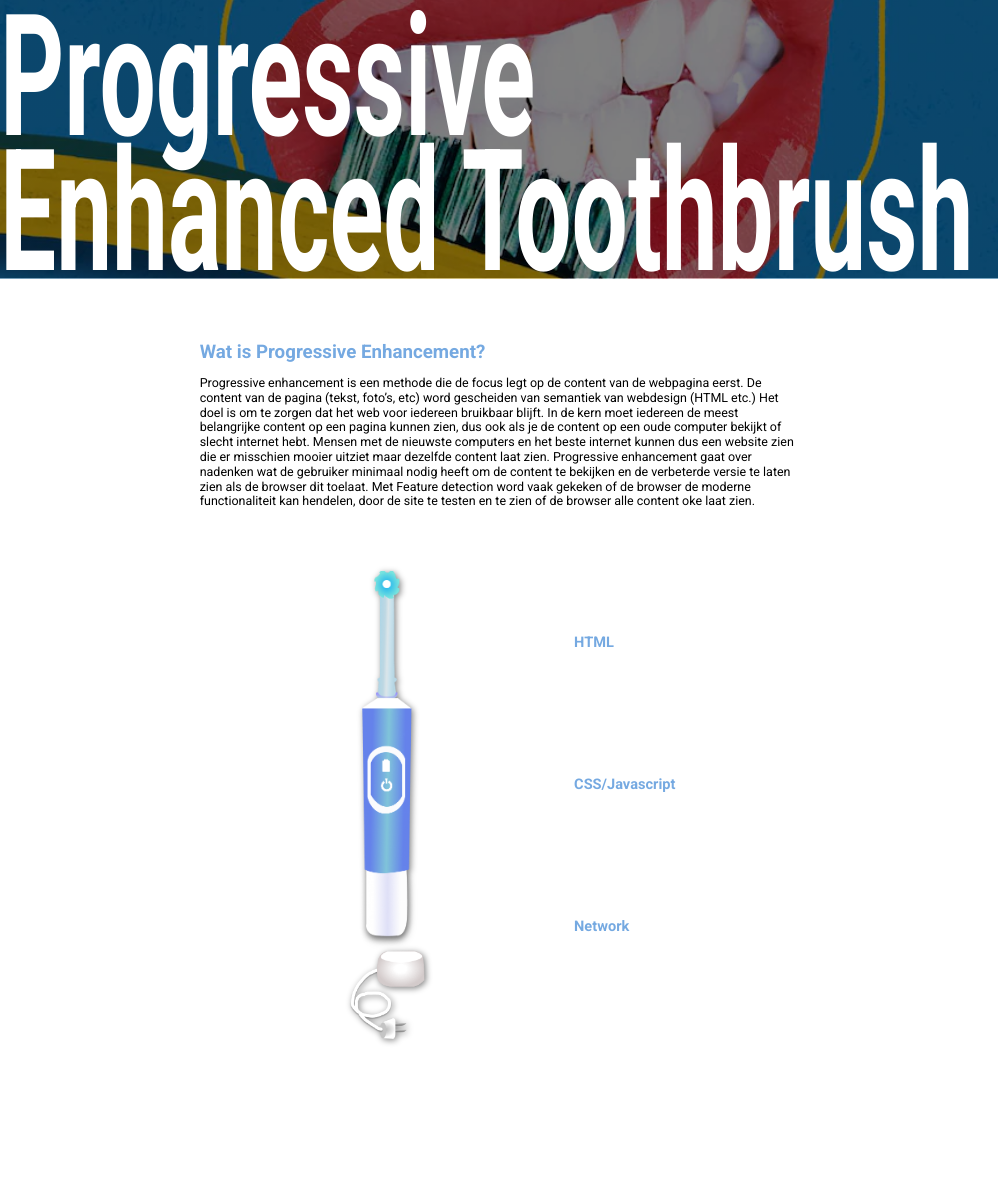
Repository: norakramer1/browser-technologies-2122
Page: progressive-enhanced-toothbrush-main/index.html
The author's editor kept a copy of each file at every save. The page is drawn from the files as they stood at one save, then again after the next save.
The browser window is 1280 px wide. The pictures show the whole page, at 78% of full size.

Above is the page before, as saved 2022-03-23 13:30:05.

After the next save:
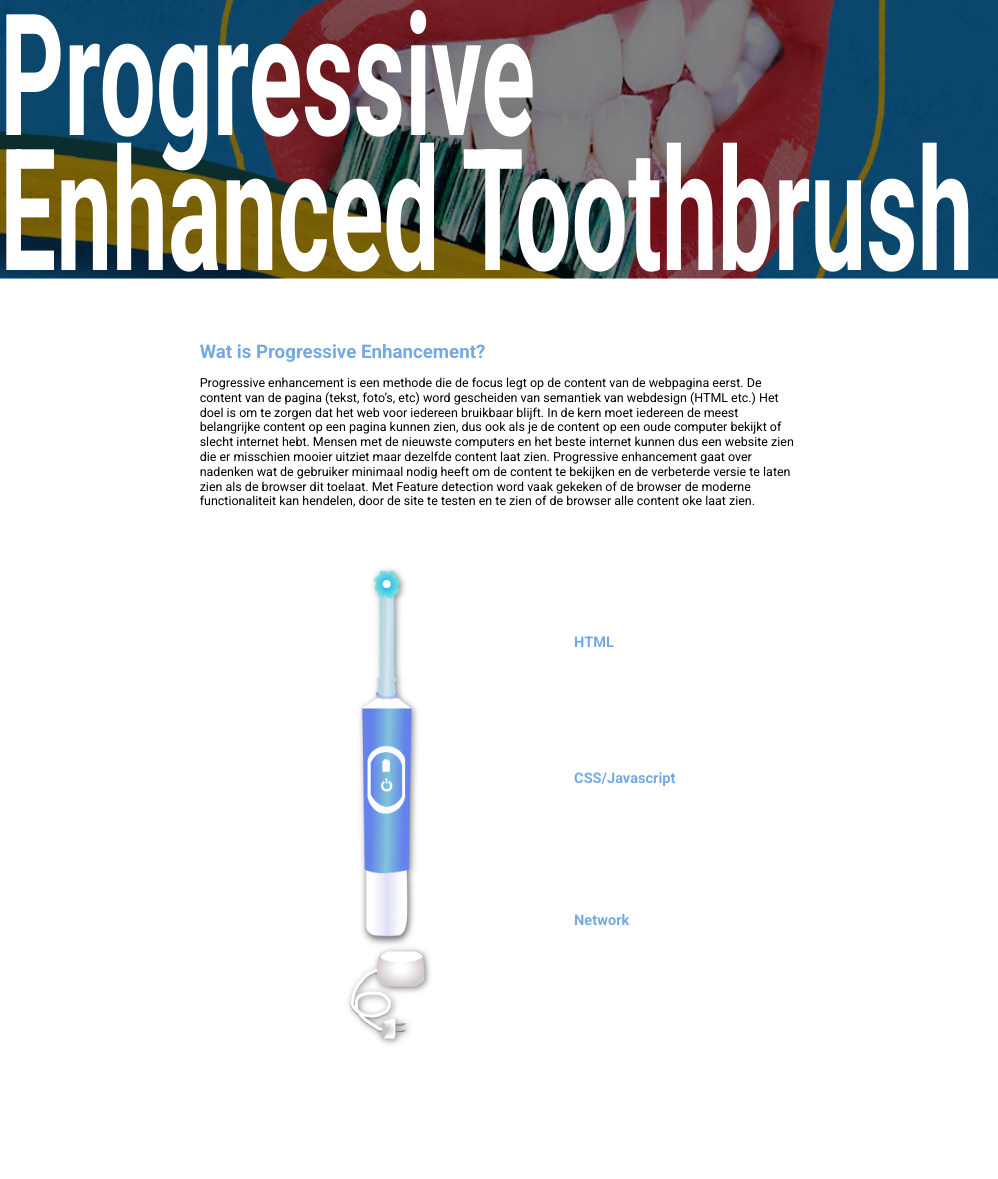
Saved 27 s later.
--- a/progressive-enhanced-toothbrush-main/style.css
+++ b/progressive-enhanced-toothbrush-main/style.css
@@ -52,15 +52,15 @@ article:nth-child(2) ul:last-child {
     padding-top: 5rem;
 }
 
-article:nth-child(2) li:first-of-type img {
+article:nth-child(2) li:first-of-type {
     width: 2rem;
     z-index: 2;
 }
-article:nth-child(2) li:nth-of-type(2) img {
+article:nth-child(2) li:nth-of-type(2) {
     margin-top: -.4rem;
     width: 4.5rem;
 }
-article:nth-child(2) li:last-of-type img {
+article:nth-child(2) li:last-of-type {
     width: 6rem;
 }
 
@@ -68,3 +68,7 @@ article:nth-child(2) h3 {
     color: #75A9E1;
     margin-bottom: 10rem;
 }
+
+article:nth-child(2) img {
+    width: 100%;
+}
